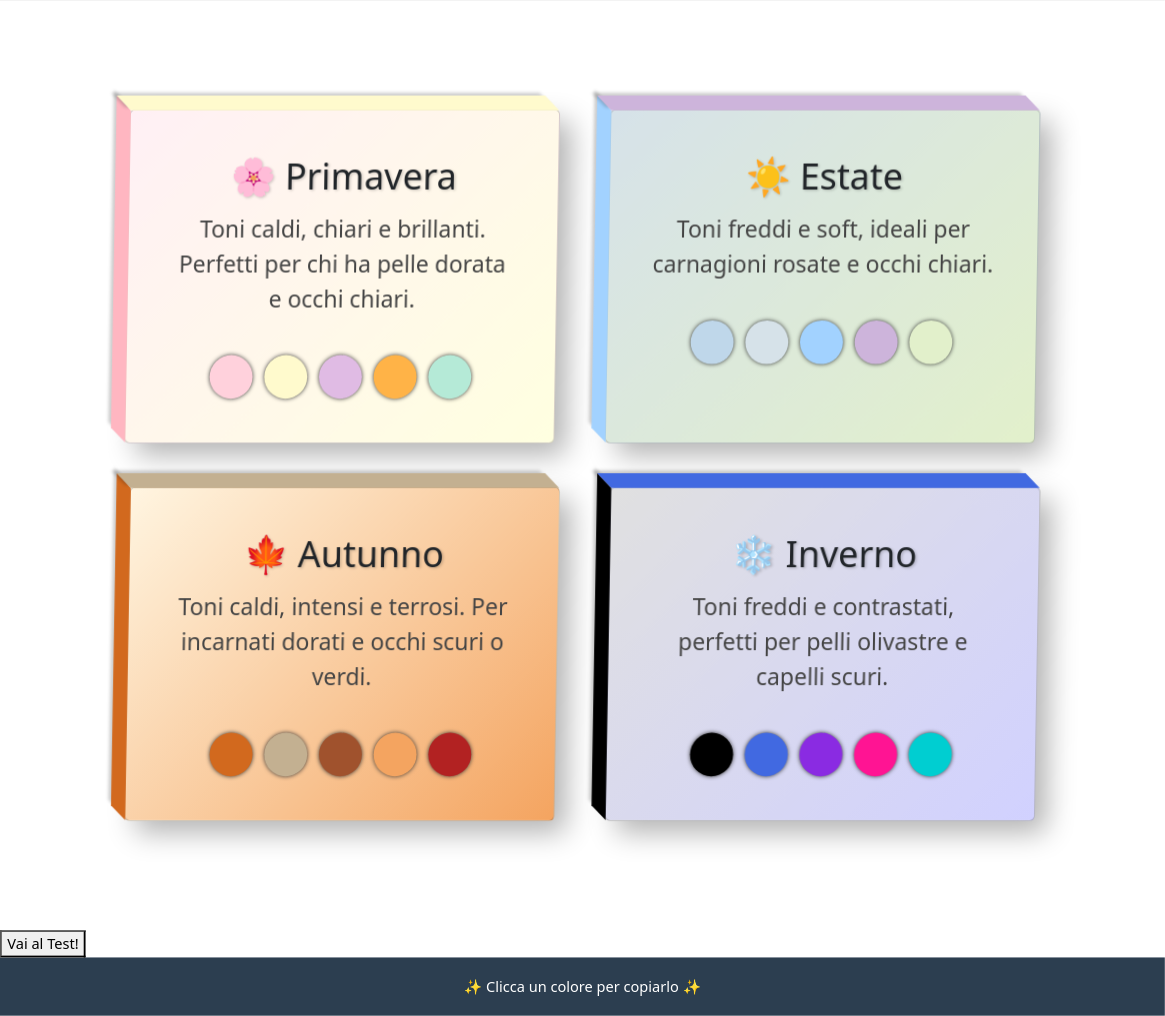
Repository: Probyte5D/Armocromia-website
Page: index.html
These files come from the project's save history. The page is drawn as it stood at one moment and after the next save; the edit follows.
The browser window is 1280 px wide. The pictures show the part of the page from y = 432 to 1548 px (the page is 1548 px tall before and 1133 px after), at 91% of full size.

Above is the page before, as saved 2025-04-18 02:22:41.

### index.html
<!DOCTYPE html>
<html lang="it">
<head>
  <meta charset="UTF-8" />
  <meta name="viewport" content="width=device-width, initial-scale=1.0" />
  <title>Armocromia - Scopri la tua stagione</title>
  <link rel="stylesheet" href="style.css" />
  <!-- Bootstrap CSS -->
<link href="https://cdn.jsdelivr.net/npm/bootstrap@5.3.0-alpha1/dist/css/bootstrap.min.css" rel="stylesheet">

<!-- Bootstrap JS e Popper.js (per alcuni componenti interattivi) -->
<script src="https://cdn.jsdelivr.net/npm/@popperjs/core@2.11.6/dist/umd/popper.min.js"></script>
<script src="https://cdn.jsdelivr.net/npm/bootstrap@5.3.0-alpha1/dist/js/bootstrap.min.js"></script>

</head>

<body>
  <!-- Navigation Bar -->
  <nav>
    <ul>
      <li><a href="#">Home</a></li>
      <li><a href="test.html">Test Armocromia</a></li>
      <li><a href="#">Chi Siamo</a></li>
    </ul>
  </nav>

  <!-- Header con sfondo sfuocato -->
  <header>
    <h1>🌈 Armocromia</h1>
    <p>Scopri le palette perfette per la tua stagione.</p>
  </header>

  <main>
    <!-- Carosello delle stagioni -->
    <section class="carousel">
      <!-- Card Primavera -->
      <div class="card primavera">
        <h3>🌸 Primavera</h3>
        <p>Toni caldi, chiari e brillanti. Perfetti per chi ha pelle dorata e occhi chiari.</p>
        <div class="palette">
          <div class="color" style="background-color: #FFD1DC;"></div>
          <div class="color" style="background-color: #FFFACD;"></div>
          <div class="color" style="background-color: #E0BBE4;"></div>
          <div class="color" style="background-color: #FFB347;"></div>
          <div class="color" style="background-color: #B5EAD7;"></div>
        </div>
      </div>

      <!-- Card Estate -->
      <div class="card estate">
        <h3>☀️ Estate</h3>
        <p>Toni freddi e soft, ideali per carnagioni rosate e occhi chiari.</p>
        <div class="palette">
          <div class="color" style="background-color: #BFD7EA;"></div>
          <div class="color" style="background-color: #D6E2E9;"></div>
          <div class="color" style="background-color: #A2D2FF;"></div>
          <div class="color" style="background-color: #CDB4DB;"></div>
          <div class="color" style="background-color: #E2F0CB;"></div>
        </div>
      </div>

      <!-- Card Autunno -->
      <div class="card autunno">
        <h3>🍁 Autunno</h3>
        <p>Toni caldi, intensi e terrosi. Per incarnati dorati e occhi scuri o verdi.</p>
        <div class="palette">
          <div class="color" style="background-color: #D2691E;"></div>
          <div class="color" style="background-color: #C3B091;"></div>
          <div class="color" style="background-color: #A0522D;"></div>
          <div class="color" style="background-color: #F4A460;"></div>
          <div class="color" style="background-color: #B22222;"></div>
        </div>
      </div>

      <!-- Card Inverno -->
      <div class="card inverno">
        <h3>❄️ Inverno</h3>
        <p>Toni freddi e contrastati, perfetti per pelli olivastre e capelli scuri.</p>
        <div class="palette">
          <div class="color" style="background-color: #000000;"></div>
          <div class="color" style="background-color: #4169E1;"></div>
          <div class="color" style="background-color: #8A2BE2;"></div>
          <div class="color" style="background-color: #FF1493;"></div>
          <div class="color" style="background-color: #00CED1;"></div>
        </div>
      </div>
    </section>

    <!-- Bottone per andare al test -->
    <section class="test-link">
      <a href="test.html">
        <button id="vai-al-test">Vai al Test!</button>
      </a>
    </section>
  </main>

  <!-- Footer -->
  <footer>
    <p>✨ Clicca un colore per copiarlo ✨</p>
  </footer>

  <script src="script.js"></script>
</body>
</html>

### style.css
/* Base styles */
body {
  font-family: 'Roboto', sans-serif;
  margin: 0;
  padding: 0;
  background-color: #f0f0f0;
}

/* Header */
header {
  background-image: url('https://images.unsplash.com/photo-1558452337-ca6e53836504?w=500&auto=format&fit=crop&q=60&ixlib=rb-4.0.3&ixid=M3wxMjA3fDB8MHxzZWFyY2h8MTMyfHxhcm1vY3JvbWlhJTIwcGFsZXR0ZSUyMHBpdHR1cmF8ZW58MHx8MHx8fDI%3D');
  background-size: cover;
  background-position: center;
  height: 60vh;
  color: white;
  display: flex;
  flex-direction: column;
  justify-content: center;
  align-items: center;
  text-shadow: 2px 2px 10px rgba(0, 0, 0, 0.6);
  position: relative;
}

header::before {
  content: '';
  position: absolute;
  top: 0;
  left: 0;
  width: 100%;
  height: 100%;
  background: rgba(0, 0, 0, 0.4);
}

header h1 {
  font-size: 3rem;
  margin: 0;
}

header p {
  font-size: 1.5rem;
  margin-top: 10px;
}

/* Navigation Bar */
nav {
  position: fixed;
  top: 0;
  left: 0;
  width: 100%;
  background-color: #2C3E50;
  padding: 15px 30px;
  z-index: 1000;
}

nav ul {
  display: flex;
  justify-content: space-around;
  list-style: none;
  margin: 0;
  padding: 0;
}

nav ul li {
  font-size: 1.2rem;
}

nav ul li a {
  color: white;
  text-decoration: none;
  padding: 10px 20px;
  border-radius: 5px;
  transition: background-color 0.3s ease;
}

nav ul li a:hover {
  background-color: #3498db;
}

/* Carosello e Cards */
.carousel {
  display: flex;
  justify-content: space-between;
  gap: 20px;
  margin: 40px 0;
  overflow-x: auto;
  padding: 20px;
}

.card {
  width: 250px;
  padding: 20px;
  background-color: white;
  border-radius: 10px;
  box-shadow: 0 4px 10px rgba(0, 0, 0, 0.1);
  transition: transform 0.3s ease;
}

.card:hover {
  transform: scale(1.05);
}

.card h3 {
  font-size: 1.5rem;
  margin-bottom: 15px;
}

.card p {
  font-size: 1.1rem;
  color: #555;
}

.palette {
  display: flex;
  justify-content: space-between;
  gap: 10px;
  margin-top: 10px;
}

.color {
  width: 50px;
  height: 50px;
  border-radius: 8px;
  box-shadow: 0 4px 8px rgba(0, 0, 0, 0.1);
}

/* Footer */
footer {
  text-align: center;
  padding: 20px;
  background-color: #2C3E50;
  color: white;
}

footer p {
  font-size: 1rem;
  margin: 0;
}

/* Media Queries */
@media (max-width: 768px) {
  header h1 {
    font-size: 2.5rem;
  }

  header p {
    font-size: 1.2rem;
  }

  nav ul {
    flex-direction: column;
    align-items: center;
  }

  nav ul li {
    margin: 10px 0;
  }

  .carousel {
    flex-direction: column;
    align-items: center;
  }
}

.carousel {
  display: flex;
  flex-wrap: wrap;
  justify-content: center;
  gap: 3rem;
  padding: 5rem 2rem;
}

.card {
  position: relative;
  width: 30rem;
  padding: 3rem;
  border-radius: 1.5rem;
  background-color: rgba(255, 255, 255, 0.9);
  box-shadow: 0.8rem 0.8rem 2rem rgba(0, 0, 0, 0.3);
  transform: rotateY(10deg) skewX(-1deg);
  transition: transform 0.4s, box-shadow 0.4s;
  display: flex;
  flex-direction: column;
  align-items: center;
  text-align: center;
}

.card:hover {
  transform: rotateY(10deg) skewX(-1deg) translateY(-1rem);
  box-shadow: 1.5rem 1.5rem 3rem rgba(0, 0, 0, 0.4);
}

.card::before {
  content: "";
  position: absolute;
  top: 0;
  left: -1rem;
  width: 1rem;
  height: 100%;
  background-color: #bba584;
  transform: skewY(45deg);
  transform-origin: right;
  box-shadow: -.2rem -.2rem .2rem rgba(0,0,0,0.2);
}

.card::after {
  content: "";
  position: absolute;
  top: -1rem;
  left: 0;
  width: 100%;
  height: 1rem;
  background-color: #eee1c6;
  transform: skewX(45deg);
  transform-origin: bottom;
  box-shadow: -.2rem -.2rem .2rem rgba(0,0,0,0.2);
}

.card h3 {
  font-size: 2.5rem;
  margin-bottom: 1rem;
  text-shadow: 0.1rem 0.1rem 0.2rem #00000033;
}

.card p {
  font-size: 1.6rem;
  font-weight: 500;
  margin-bottom: 2rem;
  color: #444;
}

.palette {
  display: flex;
  gap: 0.8rem;
}

.color {
  width: 3rem;
  height: 3rem;
  border-radius: 50%;
  box-shadow: 0 0 0.3rem #333;
  cursor: pointer;
  transition: transform 0.3s;
}

.color:hover {
  transform: scale(1.2);
}

.primavera {
  background: linear-gradient(135deg, #fff0f5, #ffffe0);
  border-left: 1rem solid #ffd1dc;
}
.primavera::before {
  background-color: #ffb6c1;
}
.primavera::after {
  background-color: #fffacd;
}

.estate {
  background: linear-gradient(135deg, #d6e2e9, #e2f0cb);
  border-left: 1rem solid #a2d2ff;
}
.estate::before {
  background-color: #a2d2ff;
}
.estate::after {
  background-color: #cdb4db;
}

.autunno {
  background: linear-gradient(135deg, #fff5e1, #f4a460);
  border-left: 1rem solid #a0522d;
}
.autunno::before {
  background-color: #d2691e;
}
.autunno::after {
  background-color: #c3b091;
}

.inverno {
  background: linear-gradient(135deg, #e0e0e0, #d1d1ff);
  border-left: 1rem solid #8a2be2;
}
.inverno::before {
  background-color: #000000;
}
.inverno::after {
  background-color: #4169e1;
}

### script.js
/*document.getElementById('armocromiaTest').addEventListener('submit', function(e) {
  e.preventDefault();

  const capelli = document.querySelector('input[name="capelli"]:checked')?.value;
  const occhi = document.querySelector('input[name="occhi"]:checked')?.value;
  const pelle = document.querySelector('input[name="pelle"]:checked')?.value;

  if (!capelli || !occhi || !pelle) {
    alert('Per favore, rispondi a tutte le domande.');
    return;
  }

  let stagione = '';
  let palette = [];

  // Logica semplificata per determinare la stagione
  if (capelli === 'chiari' && occhi === 'chiari' && pelle === 'si_abbronza') {
    stagione = 'Primavera';
    palette = ['#FFD1DC', '#FFFACD', '#E0BBE4', '#FFB347', '#B5EAD7'];
  } else if (capelli === 'chiari' && occhi === 'chiari' && pelle === 'si_scotta') {
    stagione = 'Estate';
    palette = ['#BFD7EA', '#D6E2E9', '#A2D2FF', '#CDB4DB', '#E2F0CB'];
  } else if (capelli === 'scuri' && occhi === 'scuri' && pelle === 'si_abbronza') {
    stagione = 'Autunno';
    palette = ['#D2691E', '#C3B091', '#A0522D', '#F4A460', '#B22222'];
  } else {
    stagione = 'Inverno';
    palette = ['#000000', '#4169E1', '#8A2BE2', '#FF1493', '#00CED1'];
  }

  document.getElementById('stagione').textContent = `La tua stagione è: ${stagione}`;
  const paletteContainer = document.getElementById('palette');
  paletteContainer.innerHTML = '';
  palette.forEach(color => {
    const div = document.createElement('div');
    div.className = 'color-box';
    div.style.backgroundColor = color;
    div.title = color;
    div.addEventListener('click', () => {
      navigator.clipboard.writeText(color);
      alert(`Colore ${color} copiato negli appunti!`);
    });
    paletteContainer.appendChild(div);
  });

  document.getElementById('risultato').classList.remove('hidden');
});
*/

After the next save:
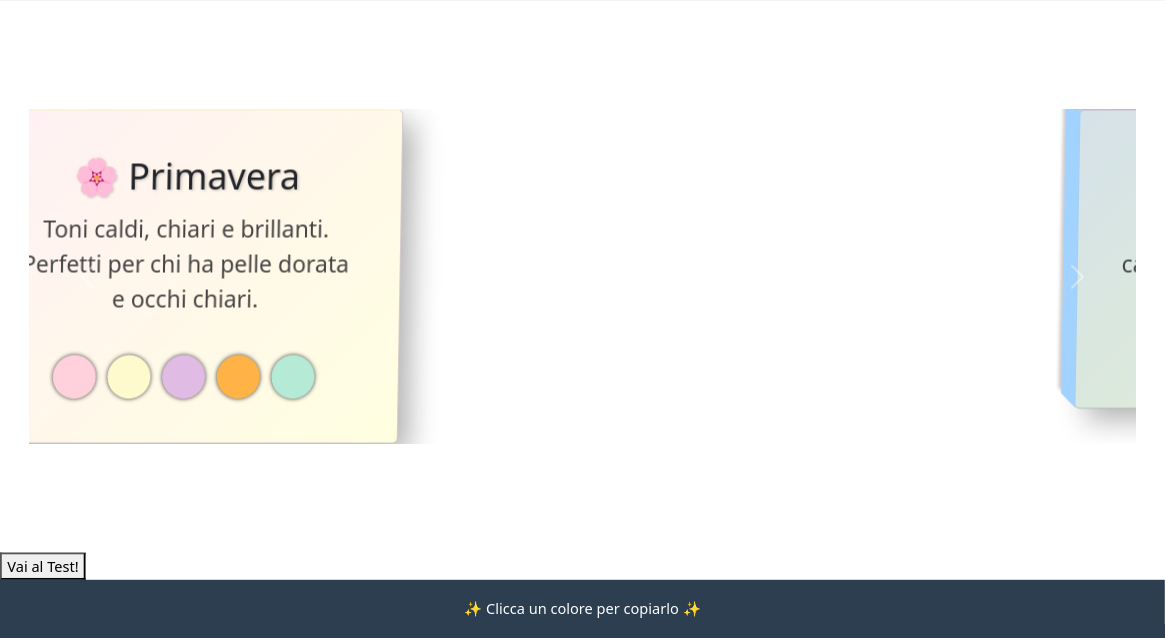
Saved 87 s later.
--- a/index.html
+++ b/index.html
@@ -6,12 +6,10 @@
   <title>Armocromia - Scopri la tua stagione</title>
   <link rel="stylesheet" href="style.css" />
   <!-- Bootstrap CSS -->
-<link href="https://cdn.jsdelivr.net/npm/bootstrap@5.3.0-alpha1/dist/css/bootstrap.min.css" rel="stylesheet">
-
-<!-- Bootstrap JS e Popper.js (per alcuni componenti interattivi) -->
-<script src="https://cdn.jsdelivr.net/npm/@popperjs/core@2.11.6/dist/umd/popper.min.js"></script>
-<script src="https://cdn.jsdelivr.net/npm/bootstrap@5.3.0-alpha1/dist/js/bootstrap.min.js"></script>
-
+  <link href="https://cdn.jsdelivr.net/npm/bootstrap@5.3.0-alpha1/dist/css/bootstrap.min.css" rel="stylesheet">
+  <!-- Bootstrap JS e Popper.js (per alcuni componenti interattivi) -->
+  <script src="https://cdn.jsdelivr.net/npm/@popperjs/core@2.11.6/dist/umd/popper.min.js"></script>
+  <script src="https://cdn.jsdelivr.net/npm/bootstrap@5.3.0-alpha1/dist/js/bootstrap.min.js"></script>
 </head>
 
 <body>
@@ -32,57 +30,79 @@
 
   <main>
     <!-- Carosello delle stagioni -->
-    <section class="carousel">
-      <!-- Card Primavera -->
-      <div class="card primavera">
-        <h3>🌸 Primavera</h3>
-        <p>Toni caldi, chiari e brillanti. Perfetti per chi ha pelle dorata e occhi chiari.</p>
-        <div class="palette">
-          <div class="color" style="background-color: #FFD1DC;"></div>
-          <div class="color" style="background-color: #FFFACD;"></div>
-          <div class="color" style="background-color: #E0BBE4;"></div>
-          <div class="color" style="background-color: #FFB347;"></div>
-          <div class="color" style="background-color: #B5EAD7;"></div>
+    <section class="carousel-container">
+      <div id="carouselExample" class="carousel slide" data-bs-ride="carousel">
+        <div class="carousel-inner">
+          <!-- Card Primavera -->
+          <div class="carousel-item active">
+            <div class="card primavera">
+              <h3>🌸 Primavera</h3>
+              <p>Toni caldi, chiari e brillanti. Perfetti per chi ha pelle dorata e occhi chiari.</p>
+              <div class="palette">
+                <div class="color" style="background-color: #FFD1DC;"></div>
+                <div class="color" style="background-color: #FFFACD;"></div>
+                <div class="color" style="background-color: #E0BBE4;"></div>
+                <div class="color" style="background-color: #FFB347;"></div>
+                <div class="color" style="background-color: #B5EAD7;"></div>
+              </div>
+            </div>
+          </div>
+
+          <!-- Card Estate -->
+          <div class="carousel-item">
+            <div class="card estate">
+              <h3>☀️ Estate</h3>
+              <p>Toni freddi e soft, ideali per carnagioni rosate e occhi chiari.</p>
+              <div class="palette">
+                <div class="color" style="background-color: #BFD7EA;"></div>
+                <div class="color" style="background-color: #D6E2E9;"></div>
+                <div class="color" style="background-color: #A2D2FF;"></div>
+                <div class="color" style="background-color: #CDB4DB;"></div>
+                <div class="color" style="background-color: #E2F0CB;"></div>
+              </div>
+            </div>
+          </div>
+
+          <!-- Card Autunno -->
+          <div class="carousel-item">
+            <div class="card autunno">
+              <h3>🍁 Autunno</h3>
+              <p>Toni caldi, intensi e terrosi. Per incarnati dorati e occhi scuri o verdi.</p>
+              <div class="palette">
+                <div class="color" style="background-color: #D2691E;"></div>
+                <div class="color" style="background-color: #C3B091;"></div>
+                <div class="color" style="background-color: #A0522D;"></div>
+                <div class="color" style="background-color: #F4A460;"></div>
+                <div class="color" style="background-color: #B22222;"></div>
+              </div>
+            </div>
+          </div>
+
+          <!-- Card Inverno -->
+          <div class="carousel-item">
+            <div class="card inverno">
+              <h3>❄️ Inverno</h3>
+              <p>Toni freddi e contrastati, perfetti per pelli olivastre e capelli scuri.</p>
+              <div class="palette">
+                <div class="color" style="background-color: #000000;"></div>
+                <div class="color" style="background-color: #4169E1;"></div>
+                <div class="color" style="background-color: #8A2BE2;"></div>
+                <div class="color" style="background-color: #FF1493;"></div>
+                <div class="color" style="background-color: #00CED1;"></div>
+              </div>
+            </div>
+          </div>
         </div>
-      </div>
 
-      <!-- Card Estate -->
-      <div class="card estate">
-        <h3>☀️ Estate</h3>
-        <p>Toni freddi e soft, ideali per carnagioni rosate e occhi chiari.</p>
-        <div class="palette">
-          <div class="color" style="background-color: #BFD7EA;"></div>
-          <div class="color" style="background-color: #D6E2E9;"></div>
-          <div class="color" style="background-color: #A2D2FF;"></div>
-          <div class="color" style="background-color: #CDB4DB;"></div>
-          <div class="color" style="background-color: #E2F0CB;"></div>
-        </div>
-      </div>
-
-      <!-- Card Autunno -->
-      <div class="card autunno">
-        <h3>🍁 Autunno</h3>
-        <p>Toni caldi, intensi e terrosi. Per incarnati dorati e occhi scuri o verdi.</p>
-        <div class="palette">
-          <div class="color" style="background-color: #D2691E;"></div>
-          <div class="color" style="background-color: #C3B091;"></div>
-          <div class="color" style="background-color: #A0522D;"></div>
-          <div class="color" style="background-color: #F4A460;"></div>
-          <div class="color" style="background-color: #B22222;"></div>
-        </div>
-      </div>
-
-      <!-- Card Inverno -->
-      <div class="card inverno">
-        <h3>❄️ Inverno</h3>
-        <p>Toni freddi e contrastati, perfetti per pelli olivastre e capelli scuri.</p>
-        <div class="palette">
-          <div class="color" style="background-color: #000000;"></div>
-          <div class="color" style="background-color: #4169E1;"></div>
-          <div class="color" style="background-color: #8A2BE2;"></div>
-          <div class="color" style="background-color: #FF1493;"></div>
-          <div class="color" style="background-color: #00CED1;"></div>
-        </div>
+        <!-- Controlli per il carosello -->
+        <button class="carousel-control-prev" type="button" data-bs-target="#carouselExample" data-bs-slide="prev">
+          <span class="carousel-control-prev-icon" aria-hidden="true"></span>
+          <span class="visually-hidden">Precedente</span>
+        </button>
+        <button class="carousel-control-next" type="button" data-bs-target="#carouselExample" data-bs-slide="next">
+          <span class="carousel-control-next-icon" aria-hidden="true"></span>
+          <span class="visually-hidden">Successivo</span>
+        </button>
       </div>
     </section>
 
